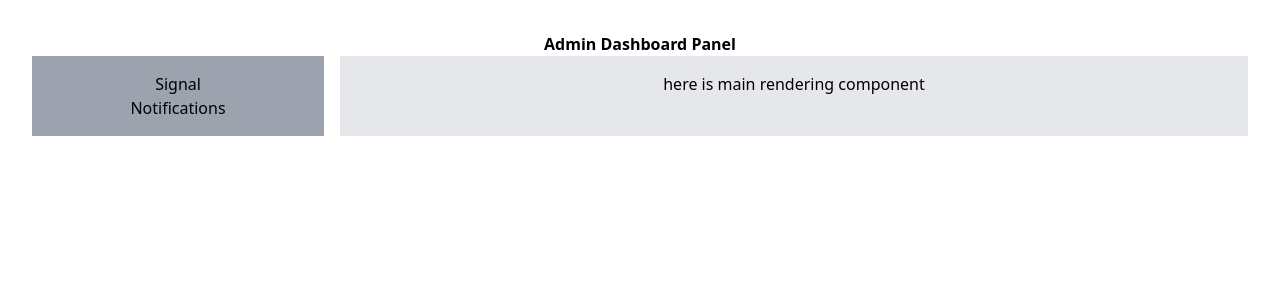
Repository: RahmanRakib9/Aurora-client-side
Page: /
These files come from the project's save history. The page is drawn as it stood at one moment and after the next save; the edit follows.
The browser window is 1280 px wide. The pictures show the whole page.
The project was rebuilt for these pictures with package versions that can differ from the ones it lists, and the page was loaded fresh each time. Also part of the build but not shown: vite.config.js, src/components/home/Sidebar.jsx, src/components/home/Signal.jsx, src/components/home/Notification.jsx.

Above is the page before, as saved 2023-05-12 19:31:47.

### index.html
<!DOCTYPE html>
<html lang="en">
  <head>
    <meta charset="UTF-8" />
    <link rel="icon" type="image/svg+xml" href="/vite.svg" />
    <meta name="viewport" content="width=device-width, initial-scale=1.0" />
    <title>ADMIN DASHBOARD</title>
  </head>
  <body>
    <div id="root"></div>
    <script type="module" src="/src/main.jsx"></script>
  </body>
</html>

### src/App.jsx
import { useState } from "react";
import "./App.css";
import { Link, RouterProvider, createBrowserRouter } from "react-router-dom";
import Home from "./components/home/Home";
import Signal from "./components/home/Signal";
import Notification from "./components/home/Notification";

function App() {
  const router = createBrowserRouter([
    {
      path: "/",
      element: <Home />,
      children: [
        { path: "/signal", element: <Signal /> },
        { path: "/notification", element: <Notification /> },
      ],
    },
  ]);
  return (
    <div>
      <RouterProvider router={router}></RouterProvider>
    </div>
  );
}

export default App;

### src/components/home/Home.jsx
import React from "react";
import Sidebar from "./Sidebar";
import { Link, NavLink, Outlet } from "react-router-dom";

const Home = () => {
  return (
    <div>
      <h1 className="font-bold text-center">Admin Dashboard Panel</h1>
      <div className="grid grid-cols-8 gap-4">
        <div className="col-span-8 md:col-span-2 bg-gray-400 p-4">
          <NavLink
            to="/signal"
            className="text-blue mt-4"
            activeClassName="active"
          >
            Signal
          </NavLink>
          <br />

          <NavLink
            to="/notification"
            className="text-blue mt-4 !important"
            activeClassName="active"
          >
            Notifications
          </NavLink>
        </div>

        <div className="col-span-8 md:col-span-6 bg-gray-200 p-4">
          <div>here is main rendering component</div>
        </div>
      </div>
      <Outlet />
    </div>
  );
};

export default Home;

Loaded but not shown: src/main.jsx (common file); src/index.css (common file); src/App.css (common file); tailwind.config.js (common file)

After the next save:
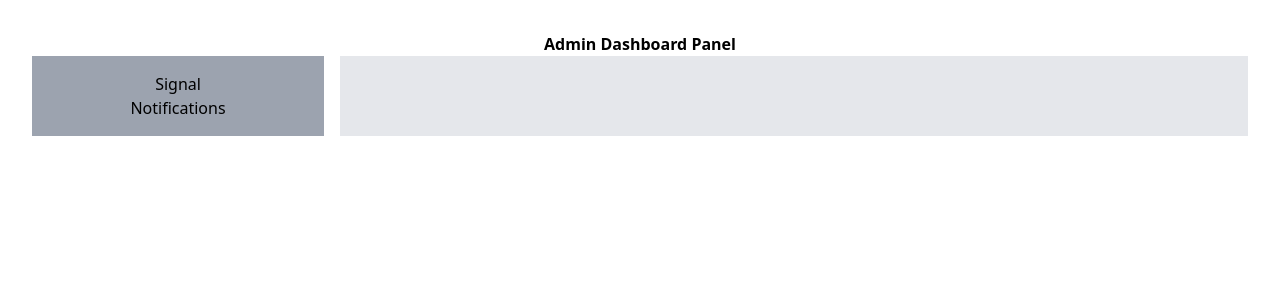
Saved 59 s later.
--- a/src/components/home/Home.jsx
+++ b/src/components/home/Home.jsx
@@ -27,7 +27,7 @@ const Home = () => {
         </div>
 
         <div className="col-span-8 md:col-span-6 bg-gray-200 p-4">
-          <div>here is main rendering component</div>
+          {/* <div>here is main rendering component</div> */}
         </div>
       </div>
       <Outlet />
